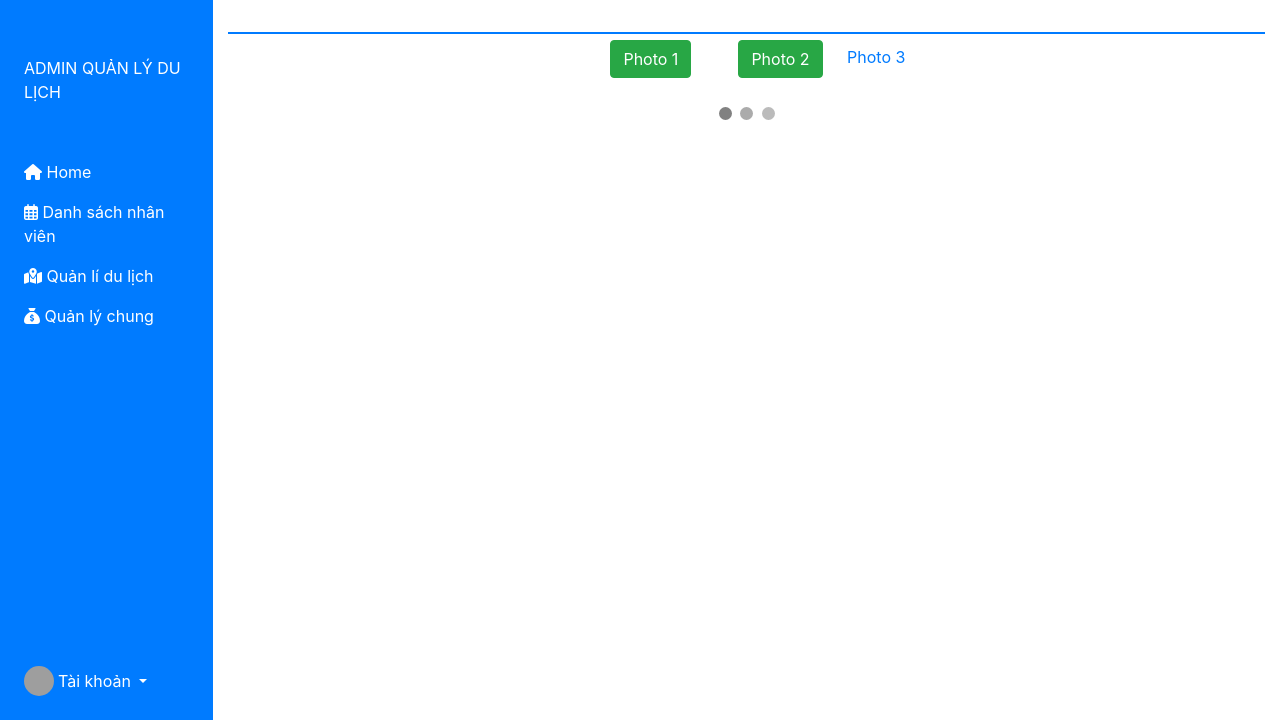
Repository: vantohuu/BOOKINGTOUR
Page: http://localhost/BOOKINGTOUR/WEB-INF/views/home/homeshow.jsp
An editor plug-in stored every save of this project. The page is shown before and after the next save, followed by the edit.
The browser window is 1280 px wide. The pictures show the whole page.
Pictures or frames that could not be fetched are drawn as grey boxes. Some web libraries are served in a nearby version. The page is served by Tomcat 9. Nobody is signed in. Other server files are loaded and not shown. The template is opened directly, without the code that normally fills it, so the values that code supplies are empty.

Above is the page before, as saved 2023-06-04 08:30:20.

### BOOKINGTOUR/src/main/webapp/WEB-INF/views/home/homeshow.jsp
<%@ page language="java" contentType="text/html; charset=UTF-8"
    pageEncoding="UTF-8"%>
        <%@ taglib uri="http://java.sun.com/jstl/core_rt" prefix="c"%>
<%@ taglib uri="http://java.sun.com/jstl/fmt_rt" prefix="f"%>
<!DOCTYPE html>
<html>

<head>

<meta charset="UTF-8">
<base href="${ pageContext.servletContext.contextPath}/">

<link rel="stylesheet"
	href="https://cdn.jsdelivr.net/npm/bootstrap@4.6.2/dist/css/bootstrap.min.css"
	integrity="sha384-xOolHFLEh07PJGoPkLv1IbcEPTNtaed2xpHsD9ESMhqIYd0nLMwNLD69Npy4HI+N"
	crossorigin="anonymous">

<link rel="stylesheet"
	href="https://cdnjs.cloudflare.com/ajax/libs/font-awesome/6.3.0/css/all.min.css"
	integrity="sha512-SzlrxWUlpfuzQ+pcUCosxcglQRNAq/DZjVsC0lE40xsADsfeQoEypE+enwcOiGjk/bSuGGKHEyjSoQ1zVisanQ=="
	crossorigin="anonymous" referrerpolicy="no-referrer" />

<script
	src="https://cdn.jsdelivr.net/npm/jquery@3.5.1/dist/jquery.slim.min.js"
	integrity="sha384-DfXdz2htPH0lsSSs5nCTpuj/zy4C+OGpamoFVy38MVBnE+IbbVYUew+OrCXaRkfj"
	crossorigin="anonymous"></script>
<script
	src="https://cdn.jsdelivr.net/npm/popper.js@1.16.1/dist/umd/popper.min.js"
	integrity="sha384-9/reFTGAW83EW2RDu2S0VKaIzap3H66lZH81PoYlFhbGU+6BZp6G7niu735Sk7lN"
	crossorigin="anonymous"></script>
<script
	src="https://cdn.jsdelivr.net/npm/bootstrap@4.6.2/dist/js/bootstrap.min.js"
	integrity="sha384-+sLIOodYLS7CIrQpBjl+C7nPvqq+FbNUBDunl/OZv93DB7Ln/533i8e/mZXLi/P+"
	crossorigin="anonymous"></script>
<title>Admin quản lý du lịch</title>
<style>
	img{
	max-height:500px;
	max-width:1200px
	}
</style>
 <style>
          * {
            box-sizing:border-box
          }
          h2 {
            text-align: center;
          }
          /* Slideshow container */
          .slideshow-container {
            max-width: 1200px;
            position: relative;
            margin: auto;
            max-heigth:500px;
          }
          /* Ẩn các slider */
          .mySlides {
              display: none;
          }
          /* Định dạng nội dung Caption */
          .text {
            color: #f2f2f2;
            font-size: 15px;
            padding: 8px 12px;
            position: absolute;
            bottom: 8px;
            width: 100%;
            text-align: center;
          }

          /* định dạng các chấm chuyển đổi các slide */
          .dot {
            cursor:pointer;
            height: 13px;
            width: 13px;
            margin: 0 2px;
            background-color: #bbb;
            border-radius: 50%;
            display: inline-block;
            transition: background-color 0.6s ease;
          }
          /* khi được hover, active đổi màu nền */
          .active, .dot:hover {
            background-color: #717171;
          }

          /* Thêm hiệu ứng khi chuyển đổi các slide */
          .fade {
            -webkit-animation-name: fade;
            -webkit-animation-duration: 3s;
            animation-name: fade;
            animation-duration: 3s;
          }

          @-webkit-keyframes fade {
            from {opacity: .4}
            to {opacity: 1}
          }

          @keyframes fade {
            from {opacity: .4}
            to {opacity: 1}
          }
        </style>
</head>
<body>
<div class="container-fluid">
		<div class="row flex-nowrap">
   <%@ include file="../includes/Navbarc1.jsp" %>
	 <div class="col py-3">

	<marquee style="border:#007bff 1px SOLID">${company.slogan }</marquee>
	<%-- <div class="col">
	<div class="row">
</div>
<div class="row">
<label for="recipient-name" class="col-form-label">${company.name }</label>
<label for="recipient-name" class="col-form-label">${company.slogan }</label>
<img src="${company.logo1}">
<img src="${company.logo2}">
<img src="${company.logo3}">
</div>
	<div class="row">
	</div>
	</div>


</div> --%>
<div     style="
    text-align: center;
">
		<p style="
    display: inline;margin: 10px;
"
"><a href="#submenu1" style="display: inline;"
										data-bs-toggle="collapse"
										class="nav-link text-white px-0 align-middle "> <i
											class="fa-solid fa-map-location-dot"></i>
											<button class="btn btn-success">Photo 1</button>
									</a></p>


		<p style="
    display: inline;margin: 10px;
"><a href="#submenu2" style="display: inline;"
										data-bs-toggle="collapse"
										class="nav-link text-white px-0 align-middle "> <i
											class="fa-solid fa-map-location-dot"></i>
											<button class="btn btn-success">Photo 2</button>
									</a></p>
		<p style="
    display: inline;margin: 10px;
"><a href="#" class="link-success link-offset-2 link-underline-opacity-25 link-underline-opacity-100-hover">Photo 3</a></p>

       <ul class="collapse nav flex-column ms-1" id="submenu1" data-bs-parent="#menu">
                            <li class="w-100">
                                <form action="insert.htm" method="post" style="
   max-width: 400px;
    margin: auto;
    border: #00d5ff 3px SOLID;
    padding: 10px;
    margin-top:5px;
    margin-bottom:10px;
">
							<div class="form-group">
							<div class="form-group">
			<div>Hình ảnh 1</div>
			<input type="file" name="photo1">
		</div>
								</div>


							 <button class="btn btn-success">thêm </button>
						</form>

                        </ul> </div>
<div class="row">
<div class="slideshow-container">

        <div class="mySlides fade">
          <img src="${company.logo1}" style="width:100%">
          <!-- <div class="text">Nội dung caption của slide đầu tiên!</div> -->
        </div>

        <div class="mySlides fade">
          <img src="${company.logo2}" style="width:100%">
          <!-- <div class="text">Nội dung caption của slide thứ 2!</div> -->
        </div>

        <div class="mySlides fade">
          <img src="${company.logo3}" style="width:100%">
         <!--  <div class="text">Nội dung caption của slide thứ 3!</div> -->
        </div>
      </div>
      <br>
</div>
<div class="row">
      <div style="text-align:center;margin: auto;">
        <span class="dot" onclick="currentSlide(0)"></span>
        <span class="dot" onclick="currentSlide(1)"></span>
        <span class="dot" onclick="currentSlide(2)"></span>
      </div>
</div>
</div>
</div>


		</div>
    </body>
    <script>
      //khai báo biến slideIndex đại diện cho slide hiện tại
      var slideIndex;
      // KHai bào hàm hiển thị slide
      function showSlides() {
          var i;
          var slides = document.getElementsByClassName("mySlides");
          var dots = document.getElementsByClassName("dot");
          for (i = 0; i < slides.length; i++) {
             slides[i].style.display = "none";
          }
          for (i = 0; i < dots.length; i++) {
              dots[i].className = dots[i].className.replace(" active", "");
          }

          slides[slideIndex].style.display = "block";
          dots[slideIndex].className += " active";
          //chuyển đến slide tiếp theo
          slideIndex++;
          //nếu đang ở slide cuối cùng thì chuyển về slide đầu
          if (slideIndex > slides.length - 1) {
            slideIndex = 0
          }
          //tự động chuyển đổi slide sau 5s
          setTimeout(showSlides, 5000);
      }
      //mặc định hiển thị slide đầu tiên
      showSlides(slideIndex = 0);


      function currentSlide(n) {
        showSlides(slideIndex = n);
      }
    </script>
<script
		src="https://cdn.jsdelivr.net/npm/bootstrap@5.3.0-alpha1/dist/js/bootstrap.bundle.min.js"
		integrity="sha384-w76AqPfDkMBDXo30jS1Sgez6pr3x5MlQ1ZAGC+nuZB+EYdgRZgiwxhTBTkF7CXvN"
		crossorigin="anonymous"></script>
</html>

### BOOKINGTOUR/src/main/webapp/WEB-INF/views/includes/Navbarc1.jsp
<%@ page language="java" contentType="text/html; charset=UTF-8"
    pageEncoding="UTF-8"%>


        <div class="col-auto col-md-3 col-xl-2 px-sm-2 px-0t bg-primary">
            <div class="d-flex flex-column align-items-center align-items-sm-start px-3 pt-2 text-white min-vh-100 ">
                <a href="#" class="d-flex align-items-center pb-5 pt-5 mb-md-0 me-md-auto text-white text-decoration-none">
                    <span class="fs-5 d-none d-sm-inline">ADMIN QUẢN LÝ DU LỊCH</span>
                </a>
                <ul class="nav nav-pills flex-column mb-sm-auto mb-0 align-items-center align-items-sm-start " id="menu">
                    <li class="nav-item">
                        <a href="home.htm" class="nav-link text-white align-middle px-0">
                           <i class="fa-solid fa-house"></i>
                            <span class="ms-1 d-none d-sm-inline">Home</span>
                        </a>
                    </li>
                  <li><a href="danhsachnhanvien.htm"
							class="nav-link text-white px-0 align-middle">
							<i class="fa-regular fa-calendar-days"></i> <span
								class="ms-1 d-none d-sm-inline">Danh sách nhân viên</span>
						</a></li>
						     </li>
                 <!--  <li><button onclick="goHome()">Go to Intro Page</button></li> -->
                    <li>
                        <a href="#submenu2" data-bs-toggle="collapse" class="nav-link text-white px-0 align-middle ">
                            <i class="fa-solid fa-map-location-dot"></i>
                            <span class="ms-1 d-none d-sm-inline">Quản lí du lịch</span></a>
                        <ul class="collapse nav flex-column ms-1" id="submenu2" data-bs-parent="#menu">
                            <li class="w-100">
                                <a href="dsdattour.htm" class="nav-link text-white px-0"> <span class="d-none d-sm-inline">Danh sách đặt tour</span></a>
                            </li>
                            <li>
                                <a href="diemdulich.htm" class="nav-link text-white px-0"> <span class="d-none d-sm-inline">Điểm du lịch</span></a>
                            </li>
                               <li>
                                <a href="dsdiemluutru.htm" class="nav-link text-white px-0"> <span class="d-none d-sm-inline">Điểm lưu trú</span></a>
                            </li>
                            <li>
                                <a href="dsTour.htm" class="nav-link text-white px-0"> <span class="d-none d-sm-inline">Tour</span></a>
                            </li>
                        </ul>
                    </li>
                     <li>
                        <a href="#submenu3" data-bs-toggle="collapse" class="nav-link text-white px-0 align-middle ">
                           <i class="fa-solid fa-sack-dollar"></i>
                            <span class="ms-1 d-none d-sm-inline">Quản lý chung</span></a>
                        <ul class="collapse nav flex-column ms-1" id="submenu3" data-bs-parent="#menu">
                            <li class="w-100">
                                <a href="doanhthu.htm" class="nav-link text-white px-0"> <span class="d-none d-sm-inline">Doanh thu</span></a>
                            </li>

                            <li>
                                <a href="dskhachhang.htm" class="nav-link text-white px-0"> <span class="d-none d-sm-inline">Khách hàng</span></a>
                            </li>

                            <li>
                                <a href="dsdotkhuyenmai.htm" class="nav-link text-white px-0"> <span class="d-none d-sm-inline">Khuyến mãi</span></a>
                            </li>
                        </ul>
                    </li>

                <hr>
                </ul>


                <div class="dropdown pb-4">
                    <a href="#" class="d-flex align-items-center text-white text-decoration-none dropdown-toggle" id="dropdownUser1" data-bs-toggle="dropdown" aria-expanded="false">
                        <img src="https://github.com/mdo.png" alt="hugenerd" width="30" height="30" class="rounded-circle">
                        <span class="d-none d-sm-inline mx-1">Tài khoản</span>
                    </a>
                    <ul class="dropdown-menu dropdown-menu-dark text-small shadow">

                        <li><a class="dropdown-item" href="suattcanhan.htm">Chỉnh sửa thông tin cá nhân</a></li>
                        <li><a class="dropdown-item" href="doimatkhau.htm">Đổi mật khẩu</a></li>
                        <li>
                            <hr class="dropdown-divider">
                        </li>
                        <li><a class="dropdown-item" href="logout.htm">Đăng xuất</a></li>
                    </ul>
                </div>
            </div>
        </div>

     <script>
    /* function goHome() {
        window.location.href = "danhsachnhanvien.htm";
    } */
</script>

After the next save:
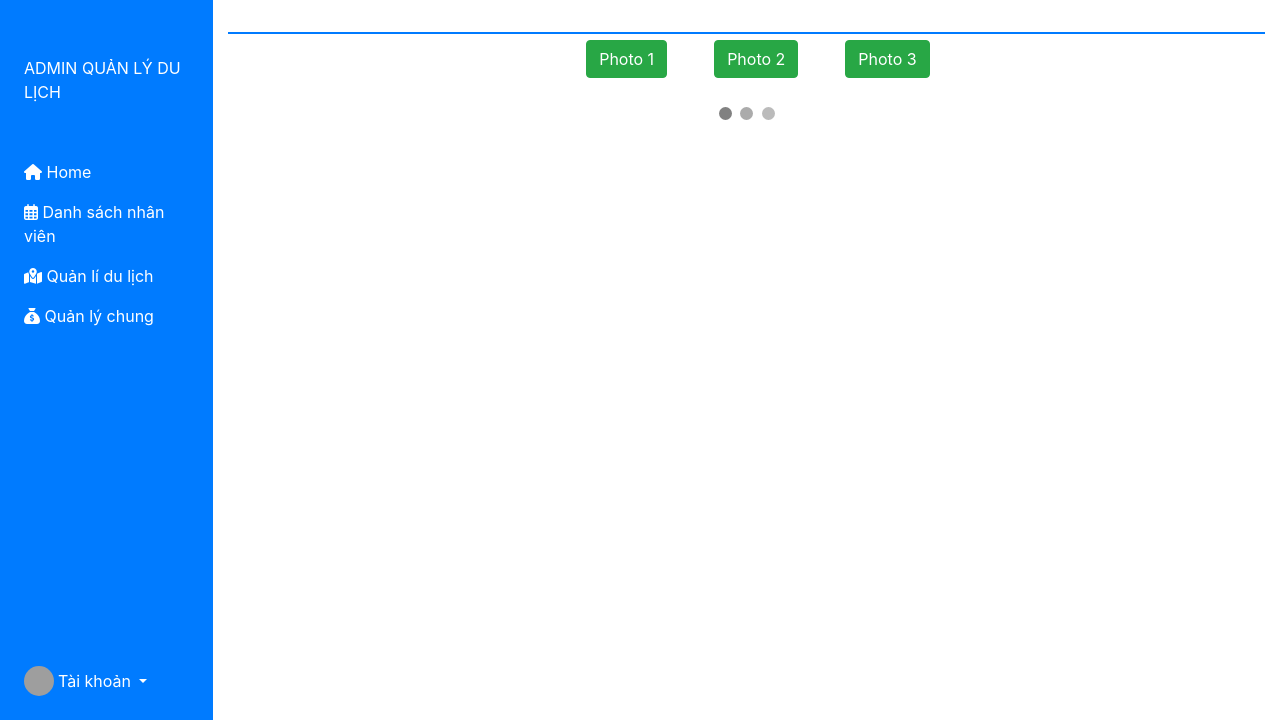
Saved 2 min 1 s later.
--- a/BOOKINGTOUR/src/main/webapp/WEB-INF/views/home/homeshow.jsp
+++ b/BOOKINGTOUR/src/main/webapp/WEB-INF/views/home/homeshow.jsp
@@ -132,7 +132,7 @@
 		<p style="
     display: inline;margin: 10px;
 "
-"><a href="#submenu1" style="display: inline;"
+"><a href="#submenuphoto1" style="display: inline;"
 										data-bs-toggle="collapse"
 										class="nav-link text-white px-0 align-middle "> <i
 											class="fa-solid fa-map-location-dot"></i>
@@ -142,7 +142,7 @@
 
 		<p style="
     display: inline;margin: 10px;
-"><a href="#submenu2" style="display: inline;"
+"><a href="#submenuphoto2" style="display: inline;"
 										data-bs-toggle="collapse"
 										class="nav-link text-white px-0 align-middle "> <i
 											class="fa-solid fa-map-location-dot"></i>
@@ -150,9 +150,14 @@
 									</a></p>
 		<p style="
     display: inline;margin: 10px;
-"><a href="#" class="link-success link-offset-2 link-underline-opacity-25 link-underline-opacity-100-hover">Photo 3</a></p>
-
-       <ul class="collapse nav flex-column ms-1" id="submenu1" data-bs-parent="#menu">
+"><a href="#submenuphoto3" style="display: inline;"
+										data-bs-toggle="collapse"
+										class="nav-link text-white px-0 align-middle "> <i
+											class="fa-solid fa-map-location-dot"></i>
+											<button class="btn btn-success">Photo 3</button>
+									</a></p>
+
+       <ul class="collapse nav flex-column ms-1" id="submenuphoto1" data-bs-parent="#menu">
                             <li class="w-100">
                                 <form action="insert.htm" method="post" style="
    max-width: 400px;
@@ -173,7 +178,51 @@
 							 <button class="btn btn-success">thêm </button>
 						</form>
 
-                        </ul> </div>
+                        </ul>
+                         <ul class="collapse nav flex-column ms-1" id="submenuphoto2" data-bs-parent="#menu">
+                            <li class="w-100">
+                                <form action="insert.htm" method="post" style="
+   max-width: 400px;
+    margin: auto;
+    border: #00d5ff 3px SOLID;
+    padding: 10px;
+    margin-top:5px;
+    margin-bottom:10px;
+">
+							<div class="form-group">
+							<div class="form-group">
+			<div>Hình ảnh 2</div>
+			<input type="file" name="photo1">
+		</div>
+								</div>
+
+
+							 <button class="btn btn-success">thêm </button>
+						</form>
+
+                        </ul>
+                         <ul class="collapse nav flex-column ms-1" id="submenuphoto3" data-bs-parent="#menu">
+                            <li class="w-100">
+                                <form action="insert.htm" method="post" style="
+   max-width: 400px;
+    margin: auto;
+    border: #00d5ff 3px SOLID;
+    padding: 10px;
+    margin-top:5px;
+    margin-bottom:10px;
+">
+							<div class="form-group">
+							<div class="form-group">
+			<div>Hình ảnh 3</div>
+			<input type="file" name="photo1">
+		</div>
+								</div>
+
+
+							 <button class="btn btn-success">thêm </button>
+						</form>
+
+                        </ul>  </div>
 <div class="row">
 <div class="slideshow-container">
 
